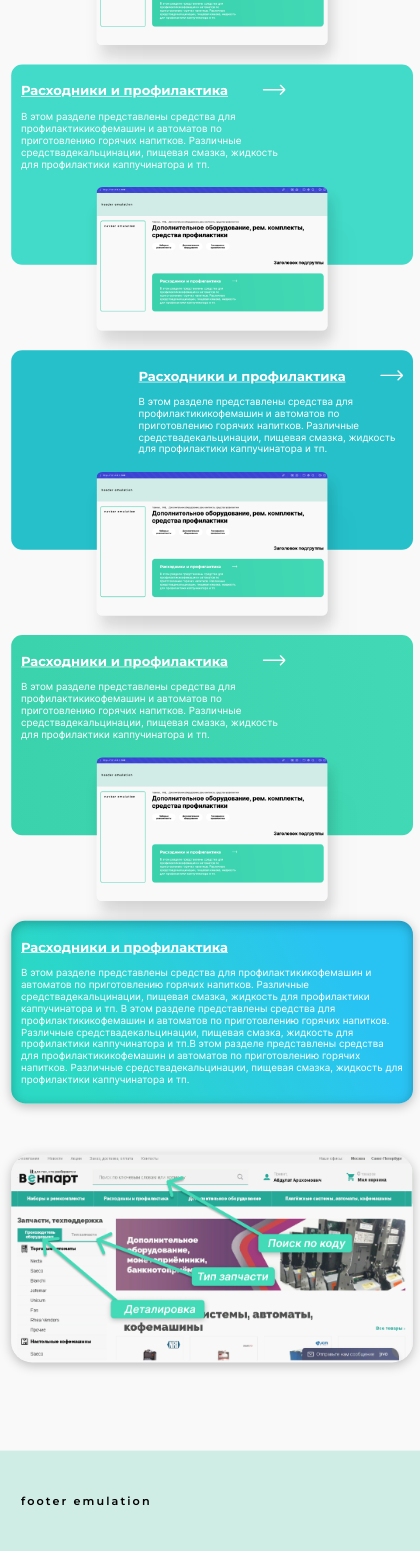
Repository: axonde/venpart-faq-pages
Page: index.html
An editor plug-in stored every save of this project. The page is shown before and after the next save, followed by the edit.
The browser window is 600 px wide. The pictures show the part of the page from y = 966 to 3206 px (the page is 3182 px tall before and 3206 px after), at 70% of full size.

Above is the page before, as saved 2024-02-28 20:31:26.

After the next save:
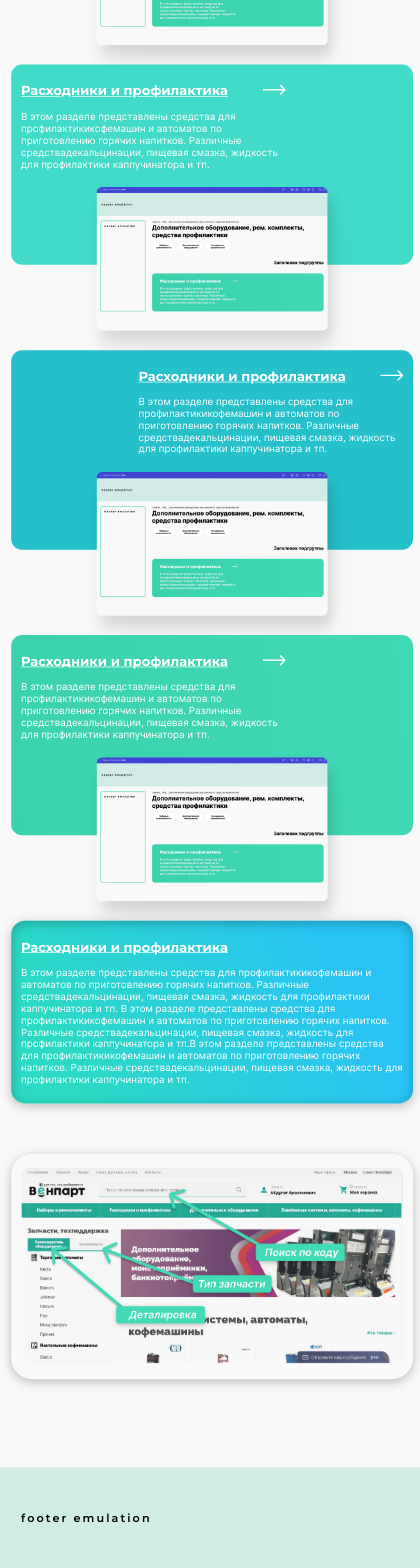
Saved 97 s later.
--- a/style.css
+++ b/style.css
@@ -706,6 +706,7 @@ scrollbar-width: none; /* Firefox */}
 	.faq__item.no-photo .faq__item--text-wrapper {margin-bottom: 0;}
 	.faq__item--image, .faq__item:nth-child(2n) .faq__item--image {top: calc(100% - 85px); left: calc(50% - 165px);}
 	.faq__item::after {display: none;}
+	.faq__image {padding: 20px 15px;}
 }
 
 
